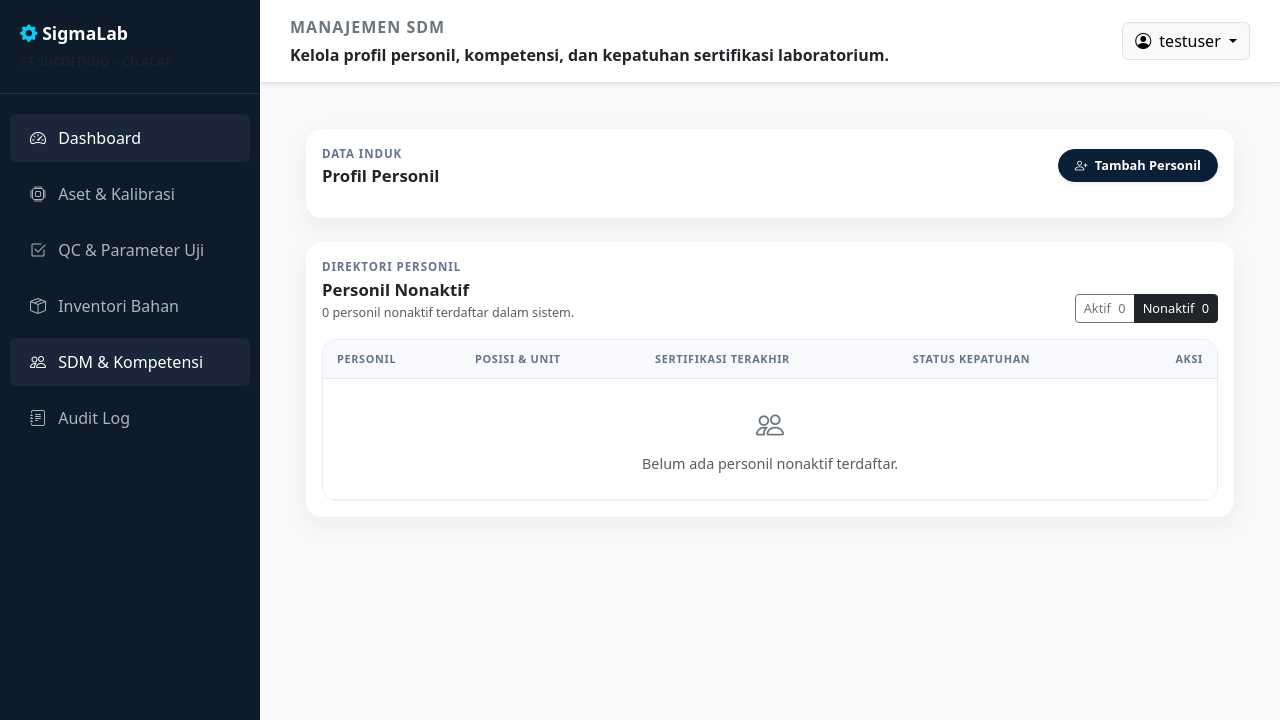
Repository: amelianeesa/sigmalab
Page: http://localhost/sdm?status=nonaktif
These files come from the project's save history. The page is drawn as it stood at one moment and after the next save; the edit follows.
The browser window is 1280 px wide. The pictures show the whole page.
The page is served by the project's Laravel application, run on PHP 8.4 with Laravel 12. A made-up administrator, Test User (test@example.com), is signed in. Queries for data that is not in the repository find no rows.

Above is the page before, as saved 2026-08-06 11:29:05.

After the next save:
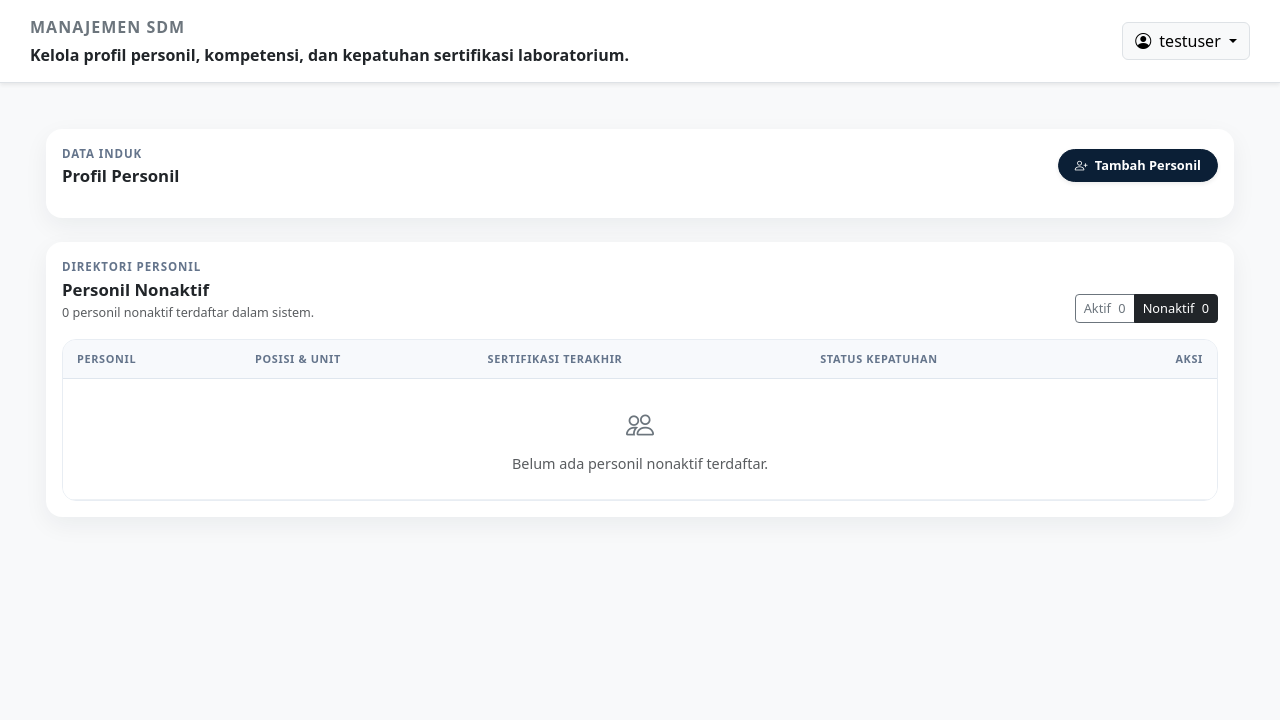
Saved 2 min 20 s later.
--- a/resources/views/layouts/app.blade.php
+++ b/resources/views/layouts/app.blade.php
@@ -11,39 +11,8 @@
             background-color: #f8f9fa;
         }
 
-        #sidebar {
-            min-height: 100vh;
-            background-color: #0d1b2a;
-            color: #fff;
-            width: 260px;
-            position: fixed;
-            top: 0;
-            left: 0;
-            z-index: 100;
-        }
-
-        #sidebar .brand {
-            padding: 20px;
-            font-weight: bold;
-            font-size: 1.1rem;
-            border-bottom: 1px solid rgba(255, 255, 255, 0.1);
-        }
-
-        #sidebar .nav-link {
-            color: #adb5bd;
-            padding: 12px 20px;
-            margin: 4px 10px;
-            border-radius: 6px;
-        }
-
-        #sidebar .nav-link:hover,
-        #sidebar .nav-link.active {
-            color: #fff;
-            background-color: #1b263b;
-        }
-
         #content {
-            margin-left: 260px;
+            margin-left: 0;
             padding: 30px;
         }
 
@@ -51,7 +20,7 @@
             background: #fff;
             padding: 15px 30px;
             border-bottom: 1px solid #dee2e6;
-            margin-left: 260px;
+            margin-left: 0;
             display: flex;
             justify-content: space-between;
             align-items: center;
@@ -60,35 +29,7 @@
 </head>
 
 <body>
-    <div id="sidebar" class="d-flex flex-column">
-        <div class="brand">
-            <i class="bi bi-gear-fill text-info"></i> SigmaLab<br>
-            <small class="text-muted" style="font-size: 0.75rem;">PT SUCOFINDO – CILACAP</small>
-        </div>
-        <ul class="nav flex-column mt-3">
-            <li class="nav-item">
-                <a href="{{ route('dashboard') }}" class="nav-link active"><i class="bi bi-speedometer2 me-2"></i>
-                    Dashboard</a>
-            </li>
-            <li class="nav-item">
-                <a href="#" class="nav-link"><i class="bi bi-cpu me-2"></i> Aset & Kalibrasi</a>
-            </li>
-            <li class="nav-item">
-                <a href="#" class="nav-link"><i class="bi bi-check2-square me-2"></i> QC & Parameter Uji</a>
-            </li>
-            <li class="nav-item">
-                <a href="#" class="nav-link"><i class="bi bi-box-seam me-2"></i> Inventori Bahan</a>
-            </li>
-            <li class="nav-item">
-                <a href="{{ route('sdm.index') }}" class="nav-link {{ request()->routeIs('sdm*') ? 'active' : '' }}">
-                    <i class="bi bi-people me-2"></i> SDM & Kompetensi
-                </a>
-            </li>
-            <li class="nav-item">
-                <a href="#" class="nav-link"><i class="bi bi-journal-text me-2"></i> Audit Log</a>
-            </li>
-        </ul>
-    </div>
+    <!-- Sidebar removed: content now full-width -->
 
     <div class="top-navbar shadow-sm">
         <div>
